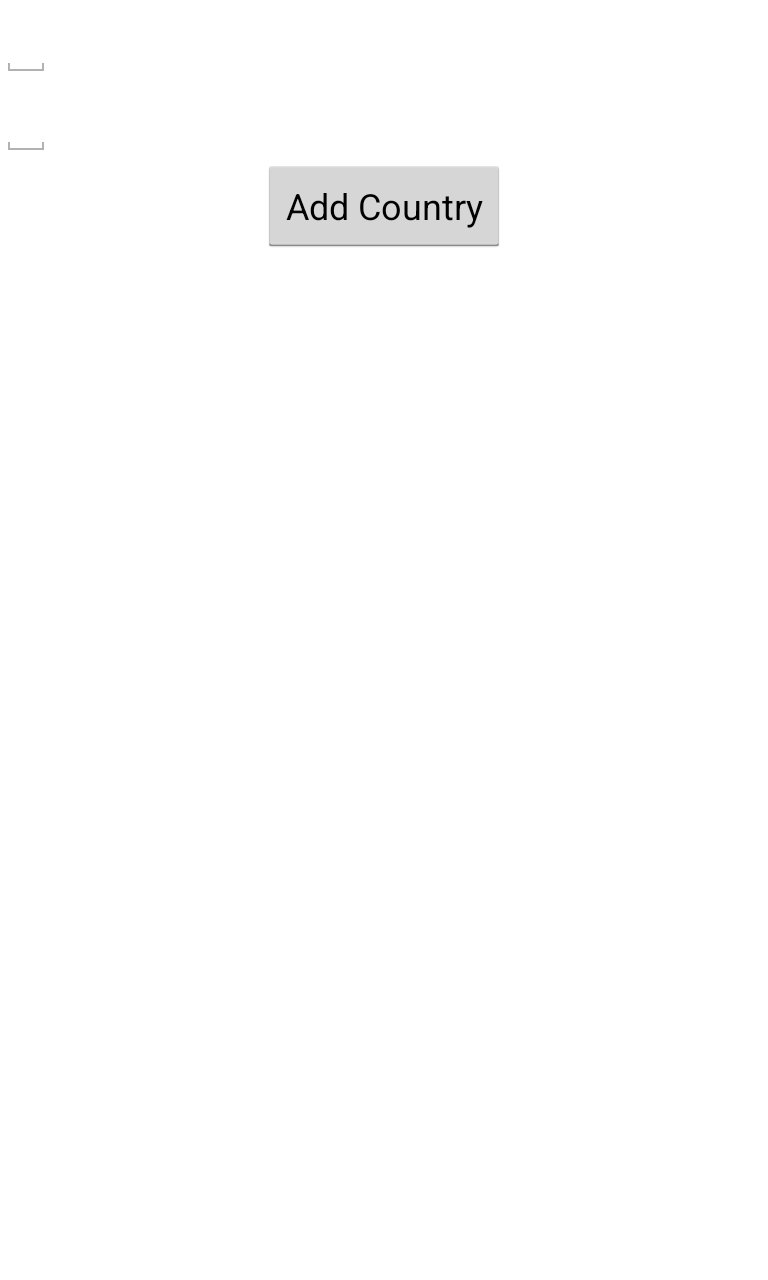
Repository: ek222mw/IDV436_API_Komponent
Layout: labb1_countries/res/layout/add_country.xml
These files come from the project's save history. The layout is drawn as it stood at one moment and after the next save; the edit follows.
It is drawn on a 768 x 1280 px phone screen (xhdpi) without system bars, with theme AppTheme; the app's code is not run. Lists and similar views that code fills are empty.

Above is the layout before, as saved 2014-11-19 13:49:25.

After the next save:
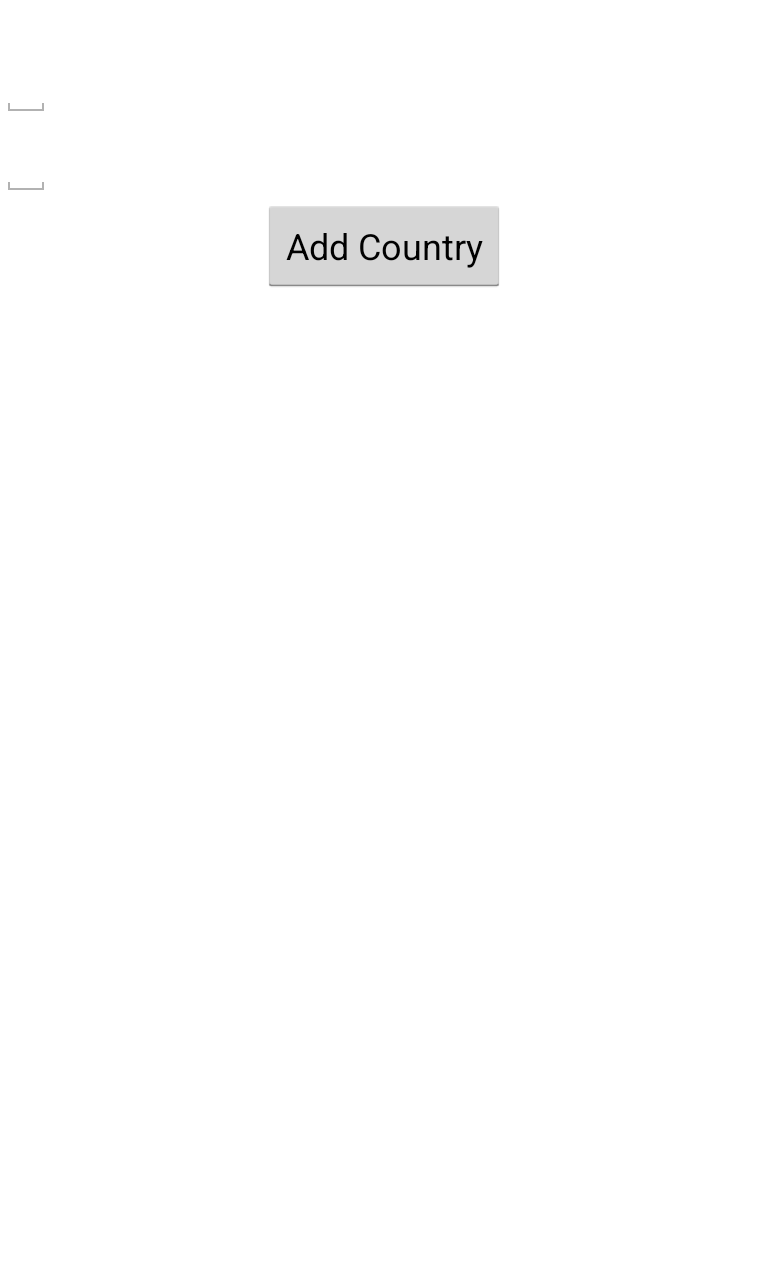
Saved 118 s later.
--- a/labb1_countries/res/layout/add_country.xml
+++ b/labb1_countries/res/layout/add_country.xml
@@ -11,8 +11,8 @@
 
    		<ListView
 		    android:id="@+id/listView"
-              android:layout_height="wrap_content"
-              android:layout_width="wrap_content"
+              android:layout_height="20sp"
+              android:layout_width="20sp"
 
         />
 
